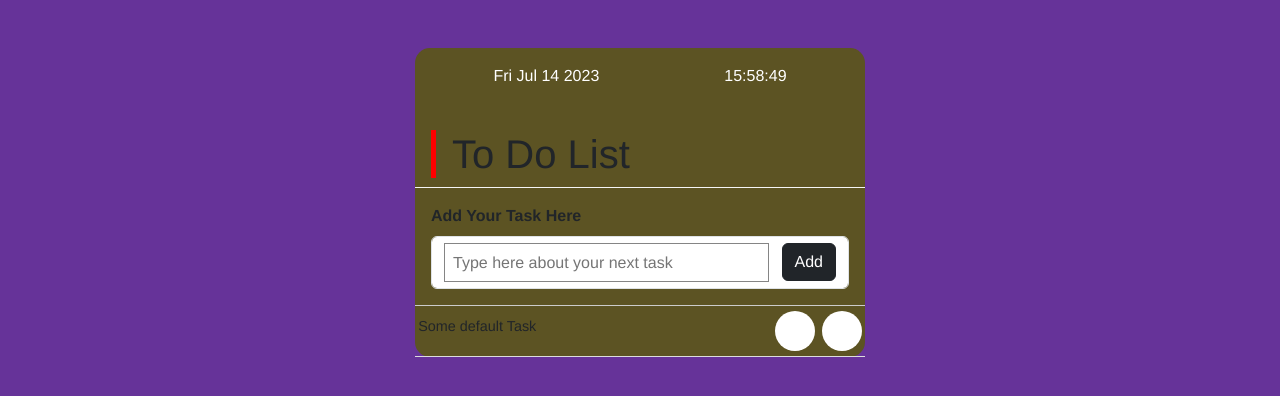
Repository: Passionblaz/TODO
Page: TODO/Untitled-1.html
These files come from the project's save history. The page is drawn as it stood at one moment and after a run of saves; the edit follows.
The browser window is 1280 px wide. The pictures show the whole page.

Above is the page before, as saved 2023-07-14 16:12:53.

### TODO/Untitled-1.html
<!DOCTYPE html>
<html lang="en">
<head>
  <meta charset="UTF-8">
  <meta name="viewport" content="width=device-width, initial-scale=1.0">
  <title>Document</title>
  <link href="https://cdn.jsdelivr.net/npm/bootstrap@5.3.0/dist/css/bootstrap.min.css" rel="stylesheet" integrity="sha384-9ndCyUaIbzAi2FUVXJi0CjmCapSmO7SnpJef0486qhLnuZ2cdeRhO02iuK6FUUVM" crossorigin="anonymous">
  <!-- Bootstrap Bundle JS (jsDelivr CDN) -->
  <script defer src="https://cdn.jsdelivr.net/npm/bootstrap@5.3.0/dist/js/bootstrap.bundle.min.js" integrity="sha384-geWF76RCwLtnZ8qwWowPQNguL3RmwHVBC9FhGdlKrxdiJJigb/j/68SIy3Te4Bkz" crossorigin="anonymous"></script>
  <link rel="stylesheet" href="todostyles.css">
  <script src="main.js" defer></script>
</head>
<body onload="time()">
<div class="todo-container">
  <div class="date-hour">
    <p id="date">Date</p>
    <p id="hour">Hour</p>
  </div>

<header>
  <h1>To Do List</h1>
</header>
<!-- Add Tasks -->

<form action="" id="todo-form">
  <p>Add Your Task Here</p>
<div class="form-control">
<input type="text" id="todo-input" placeholder="Type here about your next task">
<div class="button">
  <button type="submit" class="btn btn-dark">Add</button>
 </div>
</div>
</form>
    <!--Complete-->

    <!-- Edit The Tasks

<form action="" id="edit-form" class="hide">
  <p>Edit Your Task</p>
<div class="form-control">
<input type="text" id="edit-input" placeholder="Type here about your next task">
<div class="button2">
  <button type="button" class="btn btn-dark">Add</button>
 </div>
</div>
<button type="button" id="cancel-edit-btn">All</button>
<button type="button" id="active-task-btn">Active</button>
<button type="button" id="completed-task-btn">Completed</button>
</form>
    -->
    <!-- I need it?-->

    <!-- Task List-->

<div class="todo-list" id="todo-list">
  <div class="todo">
    <h3>Some default Task</h3>

    <button class="edit-todo">
      <i class="fa-solid fa-pen"></i>
    </button>
    <button class="remove-todo">
      <i class="fa-solid fa-xmark"></i>
    </button>
  </div>
</div>
</div>



</body>
</html>

### TODO/todostyles.css
*{
  padding: 0;
  margin: 0;
  box-sizing: border-box;
}
body{
  font-family: 'Franklin Gothic Medium', 'Arial Narrow', Arial, sans-serif;
  background: rebeccapurple;

}
.form-control {
  display: flex;
}
.form-control input {
  flex: 1;
  outline: 0;
box-shadow: none;
border: 1px solid #858585;
}
.form-control button:hover {
  background-color: green;
}
.date-hour {
  display: flex;
  justify-content: space-around;
  align-items:center;
  padding: 1rem 1rem 1.5rem 1rem;
  font-size: 16px;
  color: white;
}
button {
  background-color: darkorange;
  color: blue;
  border: 2px solid red;
  padding: 0.2rem 0.4rem;
  font-size: .8rem;
  cursor: pointer;
  justify-content: center;
  align-items: center;
  transition: .4s;
  border: 1px solid orange;
}
button:hover {
  background-color: orangered;
  color: white;
}
button > i {
  font-weight: bold;
  pointer-events: none;
}
input {
  padding: .4rem .5rem;
}
.hide {
  display: none;
}
.todo-container {
  background-color: #5c5323;
  border-radius: 15px;
  width: 450px;
  margin: 3rem auto;
  padding: 1.5.rem;
}
.todo-container header {
  padding: 0.1rem 1rem;
border-bottom: 1px solid whitesmoke;
}
header >h1 {
  padding-left: 16px;
  border-left: 5px solid red;
}

#todo-form, #edit-form {
  padding: 1rem;
  border-bottom: 1px solid #ccc;
}
#todo-form > p, #edit-form > p {
  margin-bottom: .5rem;
  font-weight: bold;
}
.form-control >input {
  margin-right: .8rem;
}
#cancel-edit-btn {
  margin-top: 1rem;
}
#active-edit-btn {
  margin-top: 1rem;
}
#completed-edit-btn {
  margin-top: 1rem;
}
.todo {
  display: flex;
  justify-content: space-around;
  align-items: center;
  padding: 0.3rem 0.2rem;
  border-bottom: 1px solid #ddd;
transition: .3s;
}
.todo h3 {
  flex: 1;
  font-size: 0.9rem;
}
.todo button {
  margin-left: 0.4rem;
  border-radius: 50%;
  width: 40px;
  height: 40px;
  border: none;
  background-color: white;
}
.done h3 {
  color: white;
  text-decoration: line-through;
  font-style: italic;
}
.todo button:hover, .done button {
background-color: #0068cf;
color: #ecf0f1
}
.done > button:hover {
  background-color: #ecf0f1;
  color: #395169;
}
.todo-list{
  max-height: 220px;
  overflow: auto;
}

### TODO/main.js
const data = new Date ()

const todoForm = document.querySelector("#todo-form")
const todoInput = document.querySelector("#todo-input")
const todoList = document.querySelector("#todo-list")
const editForm = document.querySelector("#edit-form")
const editInput = document.querySelector("#edit-input")
const cancelEdition = document.querySelector("#cancel-edit-btn")
  //Time
const timeElapsed = Date.now();
const today = new Date(timeElapsed);
document.getElementById("date").innerHTML = today.toDateString();
//Time Settings
function time() {
  const data = new Date ();
  let h = data.getHours();
  let m = data.getMinutes();
  let s = data.getSeconds();

  if(h < 10)
    h = "0"+h;
  if (m < 10)
    m = "0" + m;
  if(s < 10)
    s = "0"+s;

    document.getElementById("hour").innerHTML = h +":" + m + ":" + s;
    setTimeout('time()', 500);
}
todoForm.addEventListener("submit", (e) => {
  e.preventDefault();
  const inputValue = todoInput.value;
  if(inputValue)
    saveTodo(inputValue); //Save Function
})
const saveTodo = (text) => {
  const todo = document.createElement("div");
  todo.classList.add("todo");

  const todoTitle = document.createElement("h3");
  todoTitle.innerText = text;
  todo.appendChild(todoTitle);

  const doneBtn = document.createElement("button");
  doneBtn.classList.add("finish-todo");
  //doneBtn.innerHTML = 'i class="fa-solid fa-check"></i>';
  todo.appendChild(doneBtn);

  const editBtn = document.createElement("button");
  editBtn.classList.add("edit-todo");
  editBtn.innerHTML = 'i class="fa-solid fa-check"></i>';
  todo.appendChild(doneBtn);

  const removeBtn = document.createElement("button");
  removeBtn.classList.add("remove-todo");
  removeBtn.innerHTML = 'i class="fa-solid fa-check"></i>';
  todo.appendChild(doneBtn);

  todoList.appendChild(todo);
  todoInput.value = "";
  todoInput.focus();
}

After the next 2 saves:
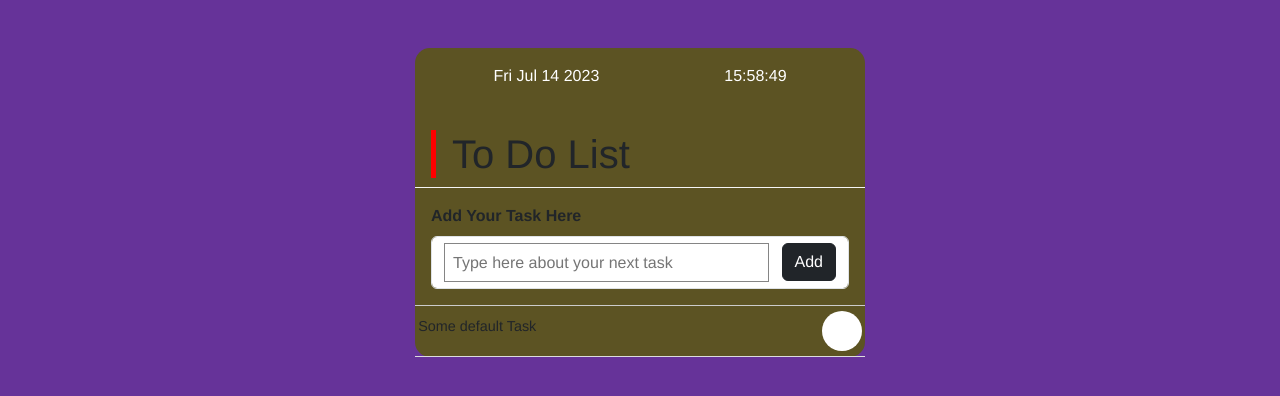
The 2 saves are shown as one change because they came seconds apart.
The last was saved 8 s later.
--- a/TODO/Untitled-1.html
+++ b/TODO/Untitled-1.html
@@ -56,9 +56,6 @@
   <div class="todo">
     <h3>Some default Task</h3>
 
-    <button class="edit-todo">
-      <i class="fa-solid fa-pen"></i>
-    </button>
     <button class="remove-todo">
       <i class="fa-solid fa-xmark"></i>
     </button>
